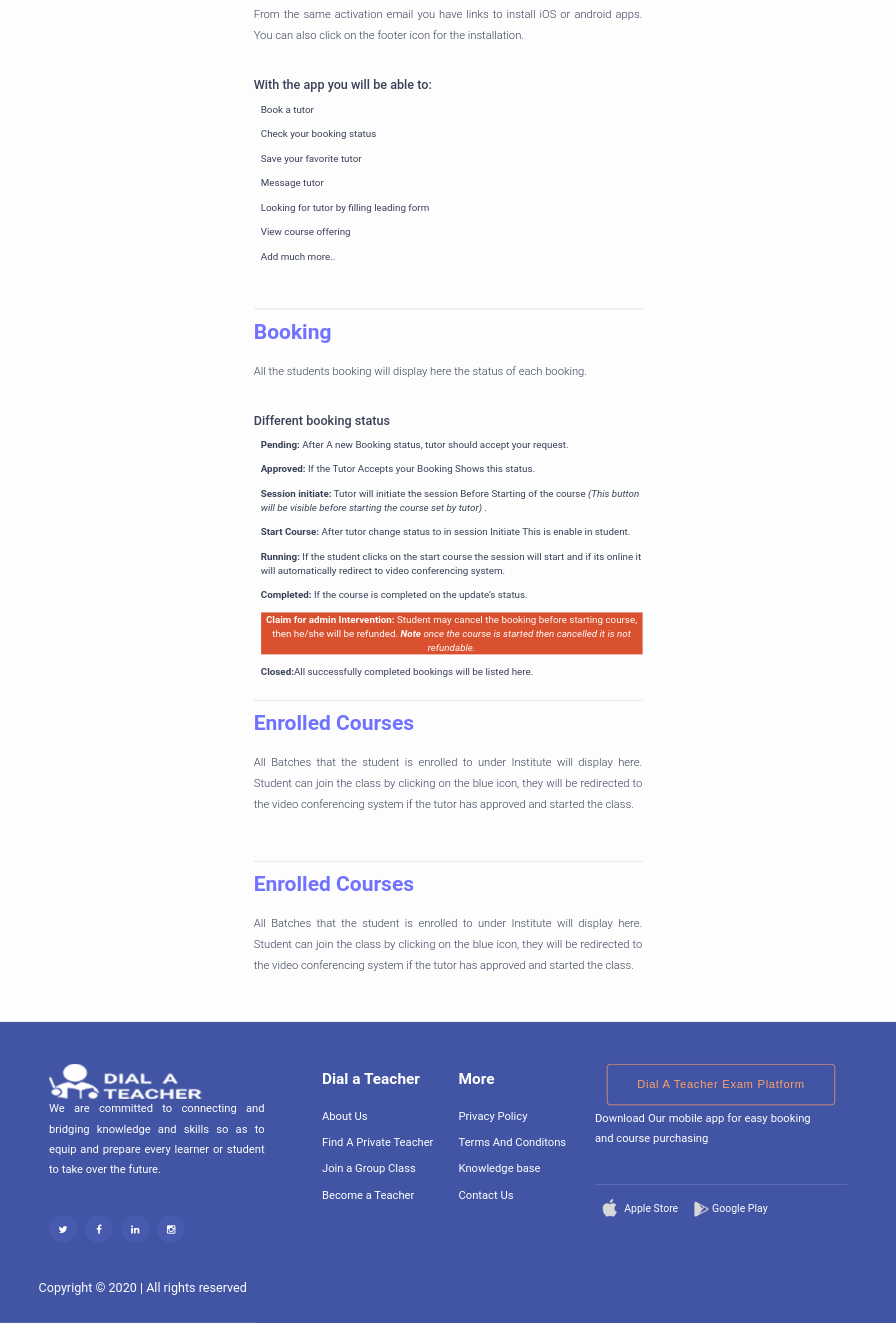
Repository: Samkiroko/DAT_knowledge
Page: details_st_db.html
These files come from the project's save history. The page is drawn as it stood at one moment and after the next save; the edit follows.
The browser window is 1280 px wide. The pictures show the part of the page from y = 1067 to 2987 px (the page is 2957 px tall before and 2987 px after), at 70% of full size.

Above is the page before, as saved 2020-12-15 09:38:20.
Console error: TypeError: e.indexOf is not a function

After the next save:
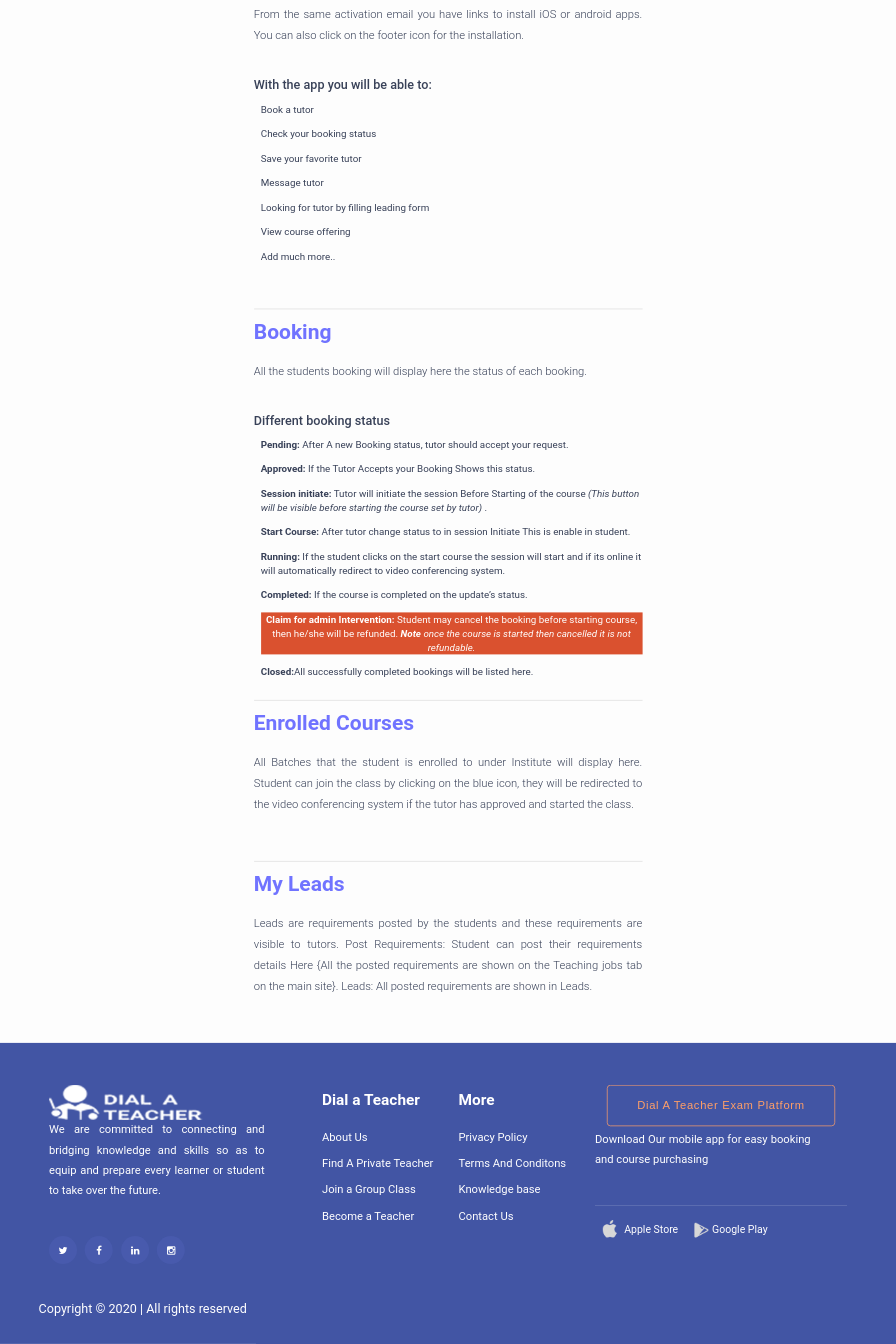
Saved 47 s later.
--- a/details_st_db.html
+++ b/details_st_db.html
@@ -226,10 +226,12 @@
                     tutor has approved and started the class.</p>
                 </div>
                 <div class="mwb-article-section__content-wrap">
-                  <h2>Enrolled Courses</h2>
-                  <p>All Batches that the student is enrolled to under Institute will display here. Student can join the
-                    class by clicking on the blue icon, they will be redirected to the video conferencing system if the
-                    tutor has approved and started the class.</p>
+                  <h2>My Leads</h2>
+                  <p>Leads are requirements posted by the students and these requirements are visible to tutors.
+                    Post Requirements: Student can post their requirements details Here {All the posted requirements are
+                    shown on the Teaching jobs tab on the main site}.
+                    Leads: All posted requirements are shown in Leads.
+                  </p>
                 </div>
               </div>
             </div>
